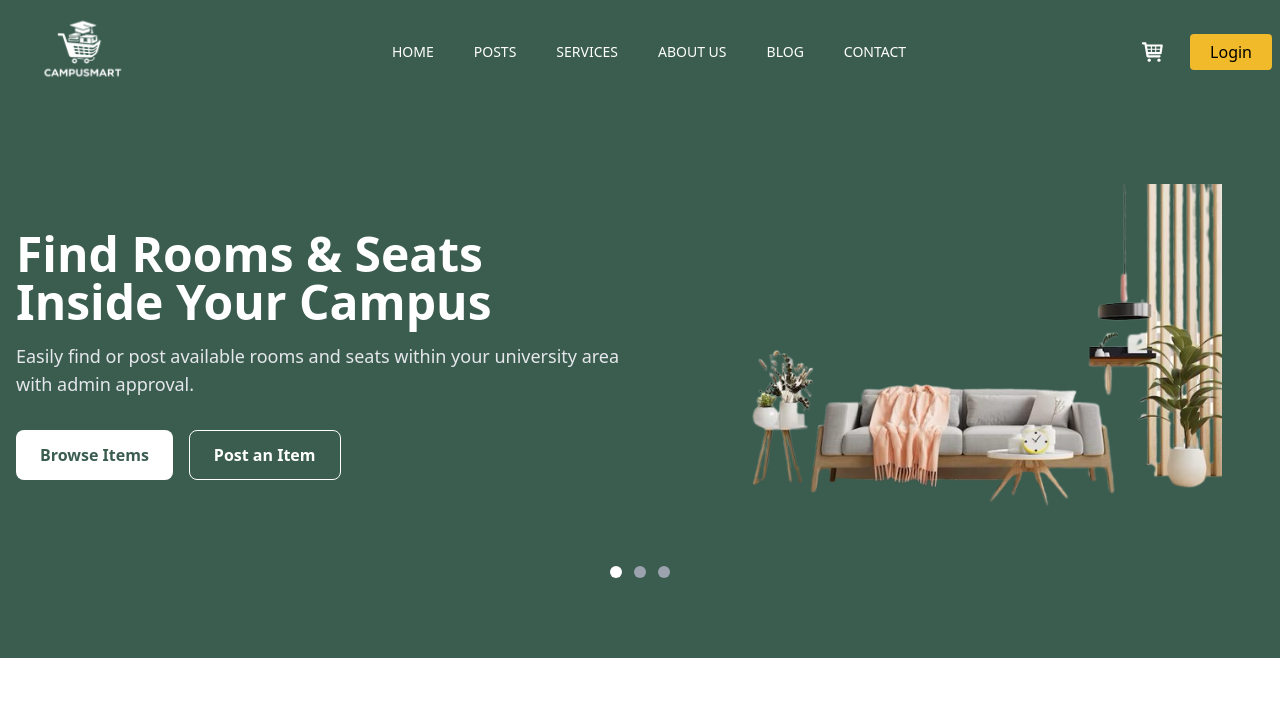
Repository: jahidhasanri/CAMPUSMART
Page: /
The author's editor kept a copy of each file at every save. The page is drawn from the files as they stood at one save, then again after the next save.
The browser window is 1280 px wide. The pictures show the whole page.
The project was rebuilt for these pictures with package versions that can differ from the ones it lists, and the page was loaded fresh each time. Also part of the build but not shown: vite.config.js.

Above is the page before, as saved 2026-01-12 22:36:21.

### index.html
<!doctype html>
<html lang="en">
  <head>
    <meta charset="UTF-8" />
    <link rel="icon" type="image/svg+xml" href="/vite.svg" />
    <meta name="viewport" content="width=device-width, initial-scale=1.0" />
    <title>campusmart</title>
  </head>
  <body>
    <div id="root"></div>
    <script type="module" src="/src/main.jsx"></script>
  </body>
</html>

### src/main.jsx
import { StrictMode } from 'react'
import { createRoot } from 'react-dom/client'
import './index.css'
import { RouterProvider } from 'react-router-dom'
import Router from './router/Router.jsx'


createRoot(document.getElementById('root')).render(
  <StrictMode>
    <RouterProvider router={Router} />
  </StrictMode>,
)

### src/router/Router.jsx
import { createBrowserRouter } from "react-router-dom";
import Home from "../Pages/Home.jsx";
import Main from "../components/Main.jsx";


const Router = createBrowserRouter([
  {
    path: "/",
    element: <Main></Main>,
    children:[
        {
            index:true,
            element:<Home></Home>
        }
    ]
  },
]);

export default Router;

### src/Pages/Home.jsx
import React from 'react';
import Banner from '../components/Banner';

const Home = () => {
    return (
        <div>
            <Banner></Banner>
        </div>
    );
};

export default Home;

### src/components/Main.jsx
import React from 'react';
import { Outlet } from 'react-router-dom';
import Navbar from './Navbar';

const Main = () => {
    return (
        <div className=''>
            <Navbar></Navbar>
            <div className="min-h-[calc(100vh-422px)]">

            <Outlet></Outlet>
            </div>
            {/* <Footer></Footer> */}
        </div>
    );
};

export default Main;

### src/components/Banner.jsx
import { useState, useEffect } from "react";

const slides = [
  {
    title: "Find Rooms & Seats Inside Your Campus",
    subtitle:
      "Easily find or post available rooms and seats within your university area with admin approval.",
    image: "/images/room1.png",
  },
  {
    title: "Buy & Sell Previous Semester Books",
    subtitle:
      "Save money by buying used books or sell your old semester books to juniors.",
    image: "/book.png",
  },
  {
    title: "Student Accessories Marketplace",
    subtitle:
      "Calculator, table lamp, chair, bag and other student essentials — all in one place.",
    image: "/accessories.png",
  },
];

const Banner = () => {
  const [current, setCurrent] = useState(0);

  // auto slide
  useEffect(() => {
    const interval = setInterval(() => {
      setCurrent((prev) => (prev + 1) % slides.length);
    }, 10000);

    return () => clearInterval(interval);
  }, []);

  return (
    <div className="w-full bg-[#3b5d50]">
      <div className="max-w-[1300px] mx-auto px-4 py-20">
        <div className="grid grid-cols-1 md:grid-cols-2 items-center gap-10">

          {/* LEFT CONTENT */}
          <div className="text-white">
            <h1 className="text-3xl md:text-5xl font-bold mb-4 leading-tight">
              {slides[current].title}
            </h1>

            <p className="text-gray-200 text-lg mb-8">
              {slides[current].subtitle}
            </p>

            <div className="flex gap-4 flex-wrap">
              <button className="bg-white text-[#3b5d50] px-6 py-3 rounded-lg font-semibold hover:bg-gray-200 transition">
                Browse Items
              </button>
              <button className="border border-white px-6 py-3 rounded-lg font-semibold hover:bg-white hover:text-[#3b5d50] transition">
                Post an Item
              </button>
            </div>
          </div>

          {/* RIGHT IMAGE */}
          <div className="flex justify-center">
            <img
              src={slides[current].image}
              alt="banner"
              className="w-full max-w-[520px] object-contain"
            />
          </div>
        </div>

        {/* DOTS */}
        <div className="flex justify-center mt-10 gap-3">
          {slides.map((_, index) => (
            <button
              key={index}
              onClick={() => setCurrent(index)}
              className={`h-3 w-3 rounded-full ${
                current === index ? "bg-white" : "bg-gray-400"
              }`}
            ></button>
          ))}
        </div>
      </div>
    </div>
  );
};

export default Banner;

### src/components/Navbar.jsx

import { useState } from "react";
import { Link } from "react-router-dom";
import { TiShoppingCart } from "react-icons/ti";
import { HiMenuAlt3, HiX } from "react-icons/hi";

const Navbar = () => {
  const [menuOpen, setMenuOpen] = useState(false);

  const navLinks = [
    { name: "HOME", path: "/" },
    { name: "POSTS", path: "/products" },
    { name: "SERVICES", path: "/services" },
    { name: "ABOUT US", path: "/about" },
    { name: "BLOG", path: "/blog" },
    { name: "CONTACT", path: "/contact" },
  ];

  return (
    <header className="bg-[#3b5d50] text-white">
      <div className="max-w-[1300px]  mx-auto px-2 py-5">
        <div className="flex items-center justify-between h-16">

          {/* Logo */}
         <Link href={'/'}>
          <img src="/images/campu_logo-removebg-preview.png" className="w-[150px] h-26" alt="Green Nest Logo" />
         </Link>

          {/* Desktop Menu (lg only) */}
          <ul className="hidden lg:flex gap-10 font-normal text-sm">
            {navLinks.map((link) => {
              return (
                <li key={link.path}>
                  <Link
                    href={link.path}
                    className={`pb-1 transition-all duration-300`}
                  >
                    {link.name}
                  </Link>
                </li>
              );
            })}
          </ul>

          {/* Cart + Login (md and up) */}
          <Link href={'/login'} className="hidden md:flex items-center gap-6">
            <TiShoppingCart
              size={26}
              className="cursor-pointer hover:text-[#5a8139]"
            />
            <button className="bg-[#f9be29f5] text-black hover:bg-[#5b8139d7] px-5 py-1.5 cursor-pointer rounded">
              Login
            </button>
          </Link>

          {/* Hamburger (md & sm only) */}
          <div className="lg:hidden">
            <button onClick={() => setMenuOpen(!menuOpen)}>
              {menuOpen ? <HiX size={28} /> : <HiMenuAlt3 size={28} />}
            </button>
          </div>
        </div>

        {/* Mobile + Tablet Menu */}
        {menuOpen && (
          <div className="lg:hidden mt-4">
            <ul className="flex flex-col gap-4 font-medium">
              {navLinks.map((link) => {
                return (
                  <li key={link.path}>
                    <Link
                      href={link.path}
                      onClick={() => setMenuOpen(false)}
                      className={`block pb-1`}
                    >
                      {link.name}
                    </Link>
                  </li>
                );
              })}
            </ul>

                <Link href={'/login'} className=" md:hidden items-center gap-6">
            <TiShoppingCart
              size={26}
              className="cursor-pointer mb-5 mt-5 hover:text-[#5a8139]"
            />
            <button className="bg-[#5a8139] mb-5 hover:bg-[#5b8139d7] px-4 py-1.5 cursor-pointer rounded">
              Login
            </button>
          </Link>

          </div>
        )}
      </div>
    </header>
  );
};

export default Navbar;

Loaded but not shown: src/index.css (common file); tailwind.config.js (common file)

After the next save:
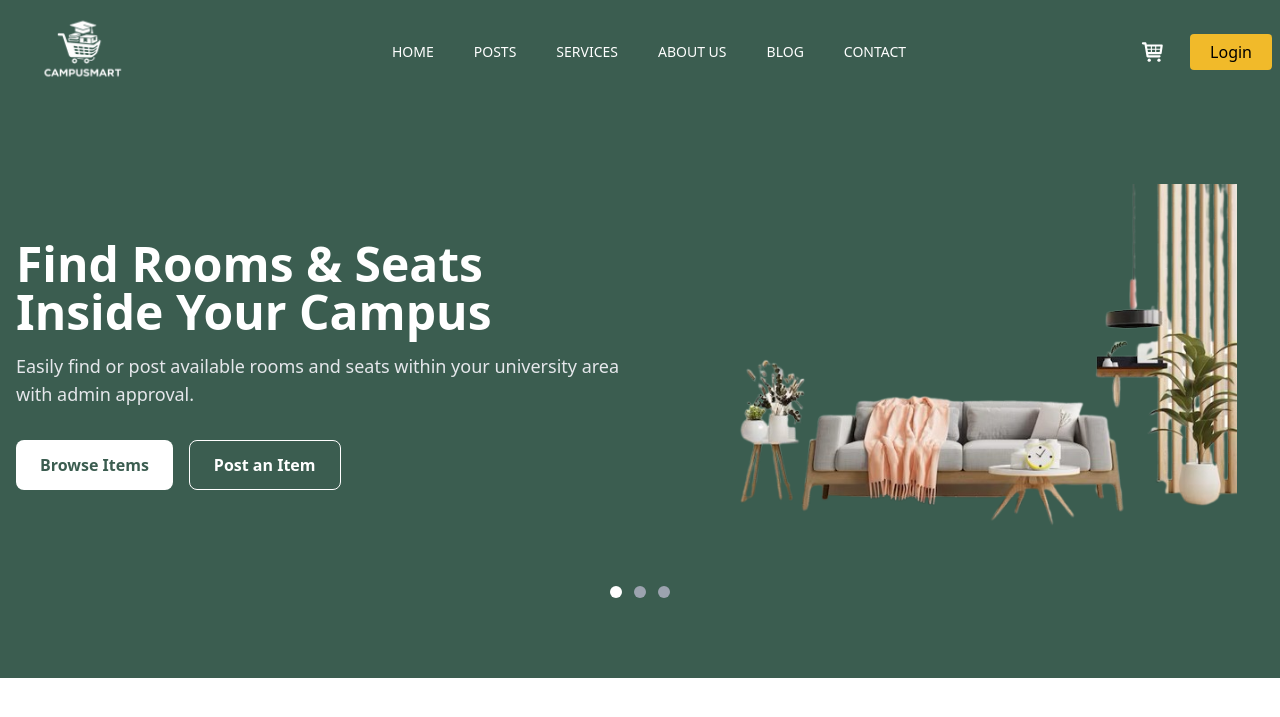
Saved 28 s later.
--- a/src/components/Banner.jsx
+++ b/src/components/Banner.jsx
@@ -63,7 +63,7 @@ const Banner = () => {
             <img
               src={slides[current].image}
               alt="banner"
-              className="w-full max-w-[520px] object-contain"
+              className="w-full max-w-[550px] object-contain"
             />
           </div>
         </div>
